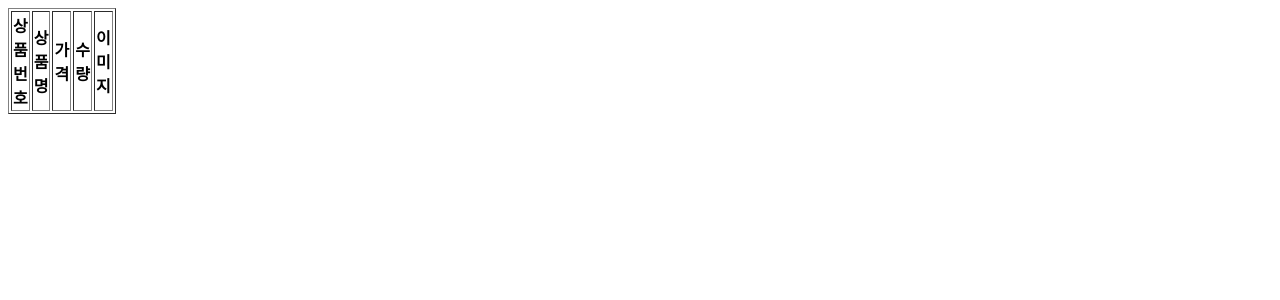
Repository: Jin0207/html_css
Page: http://localhost/day1130/listGoods_db.jsp
These files come from the project's save history. The page is drawn as it stood at one moment and after the next save; the edit follows.
The browser window is 1280 px wide. The pictures show the whole page.
The page is served by Tomcat 9. Other server files are loaded and not shown. Queries for data that is not in the repository find no rows.

Above is the page before, as saved 2021-11-30 02:18:43.

### day1130/src/main/webapp/listGoods_db.jsp
<%@page import="com.sist.vo.GoodsVO"%>
<%@page import="java.util.ArrayList"%>
<%@page import="com.sist.dao.GoodsDAO"%>
<%@ page language="java" contentType="text/html; charset=EUC-KR"
    pageEncoding="EUC-KR"%>
<!DOCTYPE html>
<html>
<head>
<meta charset="EUC-KR">
<title>Insert title here</title>
</head>
<body>
	<%
		GoodsDAO dao = new GoodsDAO();
		ArrayList<GoodsVO> list = dao.listGoods();
	%>
	<table border="1" width="50">
		<tr>
			<th>상품번호</th>
			<th>상품명</th>
			<th>가격</th>
			<th>수량</th>
			<th>이미지</th>
		</tr>
		<%
			for(GoodsVO v : list){
		%>
			<tr>
				<td><%= v.getNo()%></td>
				<td><%= v.getName()%></td>
				<td><%= v.getPrice()%></td>
				<td><%= v.getQty()%></td>
				<td><img src="images/<%=v.getFname()%>" width="80" height="80"></td>
			</tr>
		<%
			}
		%>
	</table>
</body>
</html>

### day1130/src/main/java/com/sist/dao/GoodsDAO.java
package com.sist.dao;

import java.sql.Connection;
import java.sql.DriverManager;
import java.sql.ResultSet;
import java.sql.Statement;
import java.util.ArrayList;

import com.sist.vo.GoodsVO;

public class GoodsDAO {

	public ArrayList<GoodsVO> listGoods(){
		ArrayList<GoodsVO> list = new ArrayList<GoodsVO>();
		String sql = "select * from goods";
		String driver = "oracle.jdbc.driver.OracleDriver";
		String url = "jdbc:oracle:thin:@localhost:1521:XE";
		String user = "c##madang";
		String pwd = "madang";
		Connection conn = null;
		Statement stmt = null;
		ResultSet rs = null;

		try {
			Class.forName(driver);
			conn = DriverManager.getConnection(url, user, pwd);
			stmt = conn.createStatement();
			rs = stmt.executeQuery(sql);

			while (rs.next()) {
				list.add(new GoodsVO(rs.getInt(1), rs.getString(2), rs.getInt(3), rs.getInt(4), rs.getString(5)));
			}
		} catch (Exception e) {
			System.out.println("예외발생:" + e.getMessage());
		}finally {
			try {
				if(rs != null)rs.close();
				if(stmt != null)stmt.close();
				if(conn != null)conn.close();
			} catch (Exception e2) {
				// TODO: handle exception
			}
		}
		return list;
	}
}

After the next save:
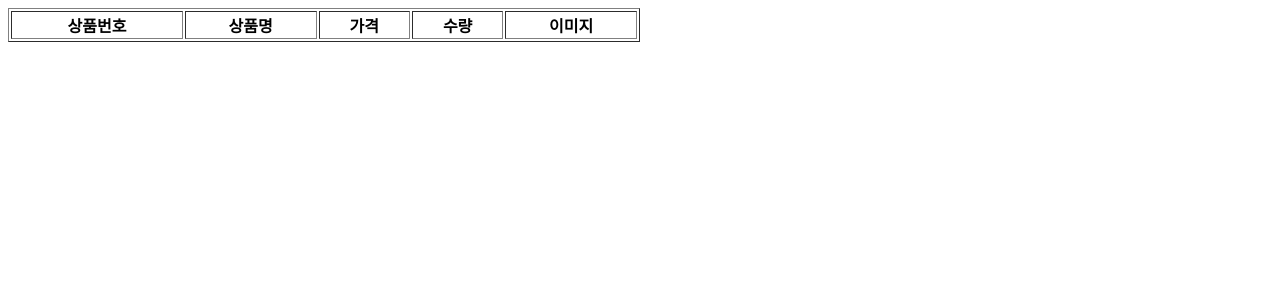
Saved 6 s later.
--- a/day1130/src/main/webapp/listGoods_db.jsp
+++ b/day1130/src/main/webapp/listGoods_db.jsp
@@ -14,7 +14,7 @@
 		GoodsDAO dao = new GoodsDAO();
 		ArrayList<GoodsVO> list = dao.listGoods();
 	%>
-	<table border="1" width="50">
+	<table border="1" width="50%">
 		<tr>
 			<th>상품번호</th>
 			<th>상품명</th>
